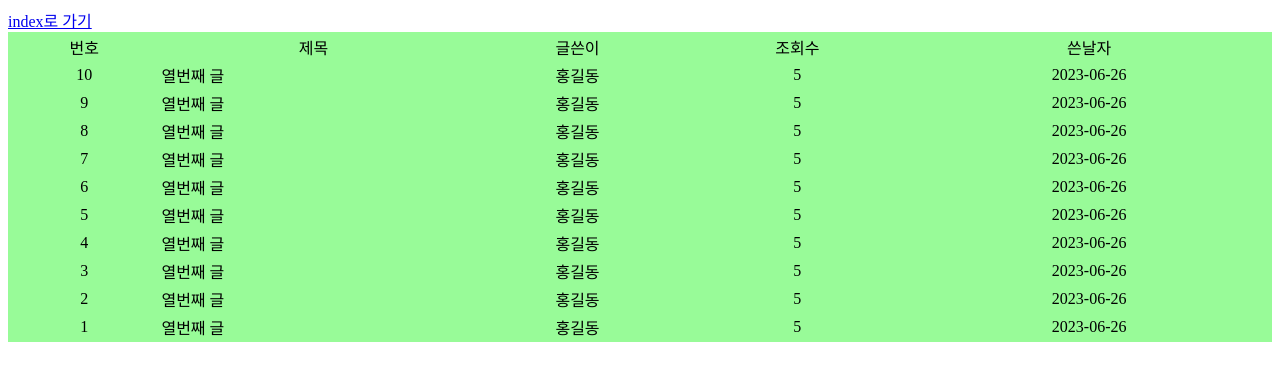
Repository: popll1/Pleiades
Page: http://localhost/jun261/main.jsp
The author's editor kept a copy of each file at every save. The page is drawn from the files as they stood at one save, then again after the next save.
The browser window is 1280 px wide. The pictures show the whole page.
The page is served by Tomcat 9.

Above is the page before, as saved 2023-06-26 06:27:56.

After the next save:
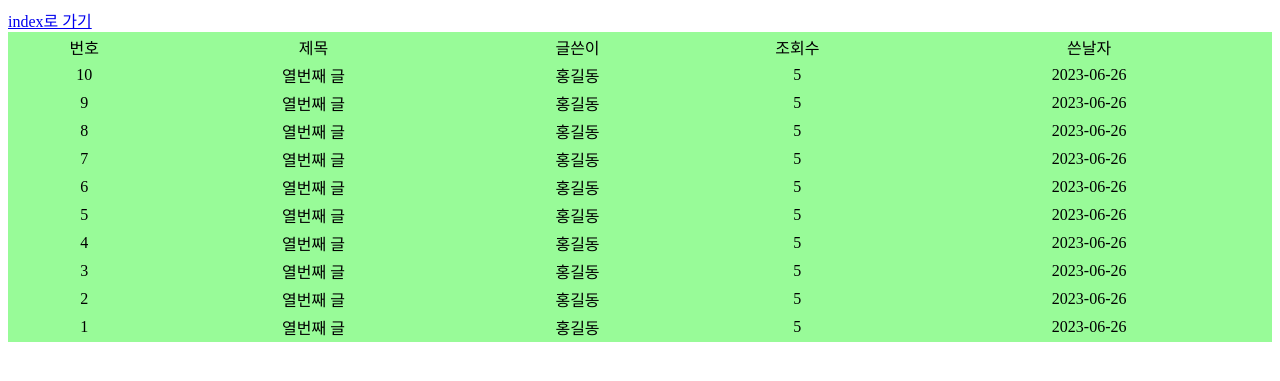
Saved 2 min 22 s later.
--- a/jun261/src/main/webapp/main.jsp
+++ b/jun261/src/main/webapp/main.jsp
@@ -11,12 +11,13 @@
     width : 100%;
     height: 500px;
     background-color: gray;
+
  }
  td {
     text-align: center;
  }
  /* id="title" --> #title */
- #title {
+ title {
     text-align: left;
 
 }
@@ -44,5 +45,10 @@
 		</tr>
 		<%} %>
 		</table>
+
+
+
+
+
 </body>
 </html>

After the save that followed:
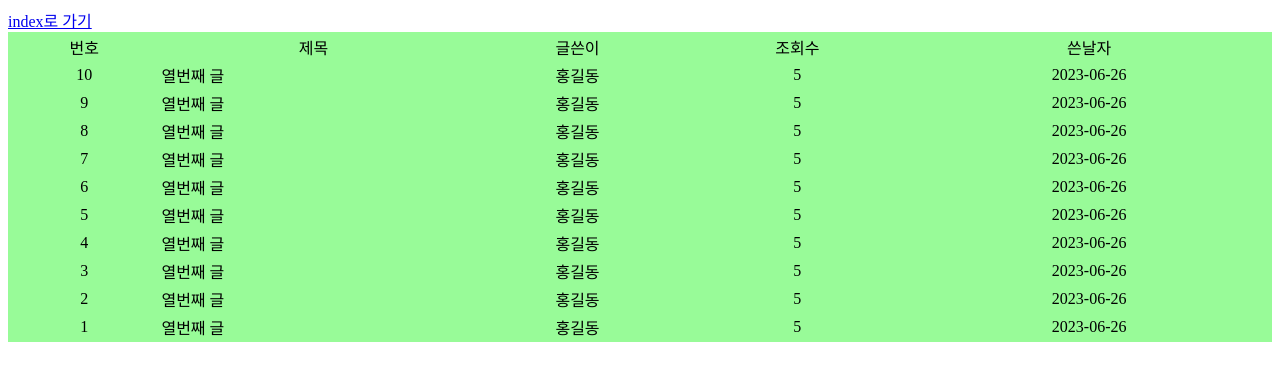
Saved 8 s later.
--- a/jun261/src/main/webapp/main.jsp
+++ b/jun261/src/main/webapp/main.jsp
@@ -17,7 +17,7 @@
     text-align: center;
  }
  /* id="title" --> #title */
- title {
+ #title {
     text-align: left;
 
 }
